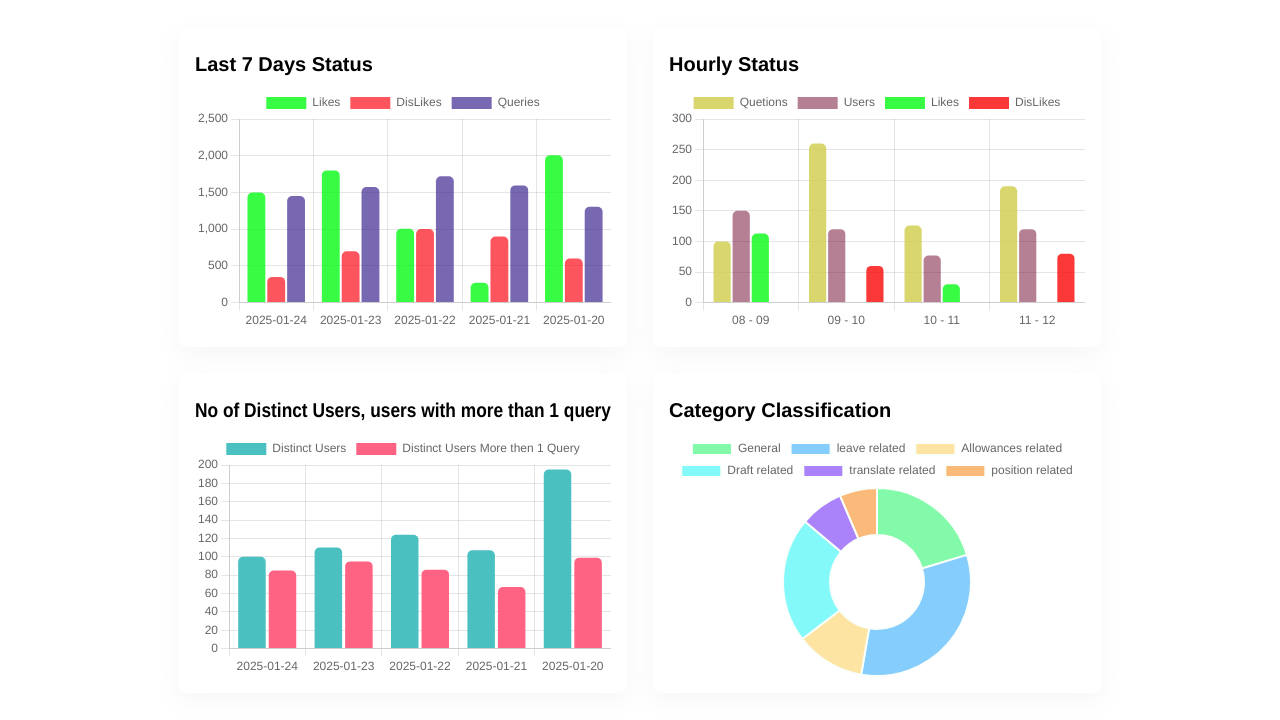
Repository: NAGARAJ-DEVELOPER/Dashboard
Page: /
The author's editor kept a copy of each file at every save. The page is drawn from the files as they stood at one save, then again after the next save.
The browser window is 1280 px wide. The pictures show the whole page.
The project was rebuilt for these pictures with package versions that can differ from the ones it lists, and the page was loaded fresh each time. Also part of the build but not shown: vite.config.js.

Above is the page before, as saved 2025-02-12 00:24:50.

### src/App.jsx
import React from "react";
import { Chart as ChartJS, defaults } from "chart.js/auto";
import { Bar, Doughnut, Line, Pie } from "react-chartjs-2";

import "./App.css";


import sourceData from "./data/sourceData.json";
import Week from "./data/7days.json";
import toady from "./data/Today.json";
import user from "./data/Users.json";
import category from "./data/Category.json";

defaults.maintainAspectRatio = false;
defaults.responsive = true;

defaults.plugins.title.display = true;
defaults.plugins.title.align = "start";
defaults.plugins.title.font.size = 20;
defaults.plugins.title.color = "black";

export const App = () => {


  return (
   <>
   <div></div>
    <div className="App">

        <div className="dataCard categoryCard">
        <Bar
          data={{
            labels: Week.map((data) => data.DATE1),
            datasets: [
              {
                label: "Likes",
                data: Week.map((data) => data.number_of_likes),
                backgroundColor: [
             "rgba(7, 250, 20, 0.8)",
                ],
                borderRadius: 5,
              },
              {
                label: "DisLikes",
                data: Week.map((data) => data.number_of_dislikes),
                backgroundColor: [

                  "rgba(252, 13, 25, 0.7)",

                ],
                borderRadius: 5,
              },
              {
                label: "Queries",
                data: Week.map((data) => data.number_of_ques),
                backgroundColor: [
                  "rgba(63, 40, 145, 0.7)",
                ],
                borderRadius: 5,
              },
            ],
          }}
          options={{
            plugins: {
              title: {
                text: "Last 7 Days Status",
              },
            },
          }}
        />
      </div>


      <div className="dataCard categoryCard">
        <Bar
          data={{
            labels: toady.map((data) => data.B_TIME),
            datasets: [
              {
                label: "Quetions",
                data: toady.map((data) => data.C_Questions),
                backgroundColor: [
                  "rgba(209, 207, 82, 0.84)",
                ],
                borderRadius: 5,
              },
              {
                label: "Users",
                data: toady.map((data) => data.D_Users),
                backgroundColor: [

                  "rgba(116, 14, 53, 0.53)",

                ],
                borderRadius: 5,
              },
              {
                label: "Likes",
                data: toady.map((data) => data.F_Likes),
                backgroundColor: [
                  "rgba(7, 250, 20, 0.8)",
                ],
                borderRadius: 5,
              },
              {
                label: "DisLikes",
                data: toady.map((data) => data.Dis_Likes),
                backgroundColor: [
                  "rgba(250, 7, 7, 0.8)",
                ],
                borderRadius: 5,
              },
            ],
          }}
          options={{
            plugins: {
              title: {
                text: "Hourly Status",
              },
            },
          }}
        />
      </div>
      <div className="dataCard categoryCard">
        <Bar
          data={{
            labels: user.map((data) => data.DATE1),
            datasets: [
              {
                label: "Distinct Users",
                data: user.map((data) => data.number_of_distinct_users),
                backgroundColor: 'rgb(75, 192, 192)',
                borderRadius: 5,
              },
              {
                label: "Distinct Users More then 1 Query",
                data: user.map((data) => data.Distinct_Users_more_1query),
                backgroundColor: 'rgb(255, 99, 132)',
                borderRadius: 5,
              },
            ],
          }}
          options={{
            plugins: {
              title: {
                text: "No of Distinct Users, users with more than 1 query",
              },
            },
          }}
        />
      </div>


      <div className="dataCard categoryCard">
        <Doughnut
          data={{
            labels: category.map((data) => data.category),
            datasets: [
              {
                label: "Count",
                data: category.map((data) => data.COUNT_CAT),
                backgroundColor: [
                  'rgba(7, 245, 86, 0.5)',
        'rgba(10, 155, 252, 0.5)',
        'rgba(252, 201, 72, 0.5)',
        'rgba(10, 243, 243, 0.5)',
        'rgba(86, 6, 245, 0.5)',
        'rgba(247, 129, 11, 0.55)',
                ],
                borderColor: [
                  'rgb(250, 255, 251)',
                  'rgb(250, 255, 251)',
                  'rgb(250, 255, 251)',
                  'rgb(250, 255, 251)',
                  'rgb(250, 255, 251)',
                  'rgb(250, 255, 251)',
                ],animation :Doughnut,
              },
            ],
          }}
          options={{
            plugins: {
              title: {
                text: "Category Classification",
              },
            },
          }}
        />
      </div>
    </div>
    </>
  );
};

### src/App.css
.App {
  height: 100vh;
  width: 100%;
  display: flex;
  flex-direction: row;
  align-items: center;
  justify-content: center;
  align-content: center;
  gap: 2vw;
  flex-wrap: wrap;
  background-color: #ffffff;
  overflow: auto;
}
.Height{

}
.dataCard {
  background-color: #ffffff;
  border-radius: 0.5em;
  box-shadow: rgba(208, 210, 218, 0.2) 0px 8px 24px;
  padding: 1em;
}

.revenueCard {
  width: 92%;
  height: 20rem;
}

.customerCard {
  width: 50%;
  height: 20rem;
}

.categoryCard {
  width: 35%;
  height: 20rem;
}

### src/data/sourceData.json
[
  {
    "label": "Queries",
    "value": 327787
  },
  {
    "label": "Likes",
    "value": 45877
  },
  {
    "label": "Dislikes",
    "value": 238787
  }
]

### src/data/7days.json
[
    {  "DATE1": "2025-01-24", "number_of_dislikes": 350, "number_of_likes": 1500,  "number_of_ques": 1452 },
    {  "DATE1": "2025-01-23", "number_of_dislikes": 700, "number_of_likes": 1800,  "number_of_ques": 1574 },
    {  "DATE1": "2025-01-22", "number_of_dislikes": 1003, "number_of_likes": 1005,  "number_of_ques": 1720 },
    {  "DATE1": "2025-01-21", "number_of_dislikes": 900, "number_of_likes": 270,  "number_of_ques": 1596 },
    {  "DATE1": "2025-01-20", "number_of_dislikes": 600, "number_of_likes": 2005,  "number_of_ques": 1304 }
  ]

### src/data/Today.json
[
  { "A_DATE": "2025-01-27", "B_TIME": "08 - 09", "C_Questions": 100, "D_Users": 150 ,"F_Likes": 113},
  { "A_DATE": "2025-01-27",  "B_TIME": "09 - 10", "C_Questions": 260, "D_Users": 120,"Dis_Likes":60},
  { "A_DATE": "2025-01-27", "B_TIME": "10 - 11", "C_Questions": 126, "D_Users": 77, "F_Likes": 30 },
  { "A_DATE": "2025-01-27", "B_TIME": "11 - 12", "C_Questions": 190, "D_Users": 120,"Dis_Likes":80 }
]

### src/data/Users.json
[
  {  "DATE1": "2025-01-24", "number_of_distinct_users": 100, "Distinct_Users_more_1query": 85 },
  {  "DATE1": "2025-01-23", "number_of_distinct_users": 110, "Distinct_Users_more_1query": 95 },
  {  "DATE1": "2025-01-22", "number_of_distinct_users": 124, "Distinct_Users_more_1query": 86  },
  {  "DATE1": "2025-01-21", "number_of_distinct_users": 107, "Distinct_Users_more_1query": 67  },
  {  "DATE1": "2025-01-20", "number_of_distinct_users": 195, "Distinct_Users_more_1query": 99  }
]

### src/data/Category.json
[
  { "category": "General", "COUNT_CAT": 2434 },
  { "category": "leave related", "COUNT_CAT": 3870 },
  { "category": "Allowances related", "COUNT_CAT": 1430 },
  { "category": "Draft related", "COUNT_CAT": 2569 },
  { "category": "translate related", "COUNT_CAT": 891 },
  { "category": "position related", "COUNT_CAT": 770 }
]

Loaded but not shown: index.html (common file); src/main.jsx (common file); src/index.css (common file)

After the next save:
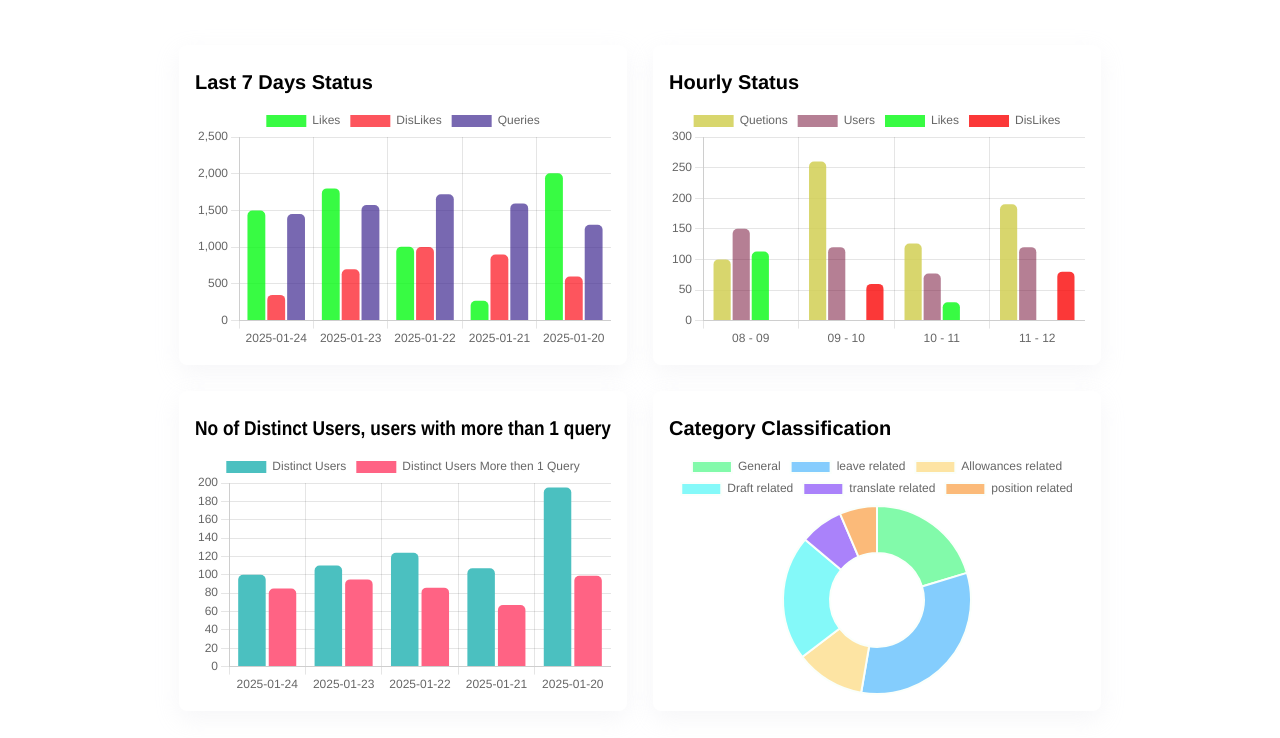
Saved 8 s later.
--- a/src/App.jsx
+++ b/src/App.jsx
@@ -24,7 +24,9 @@ export const App = () => {
 
   return (
    <>
-   <div></div>
+   <div>
+    <br></br>
+   </div>
     <div className="App">
 
         <div className="dataCard categoryCard">
